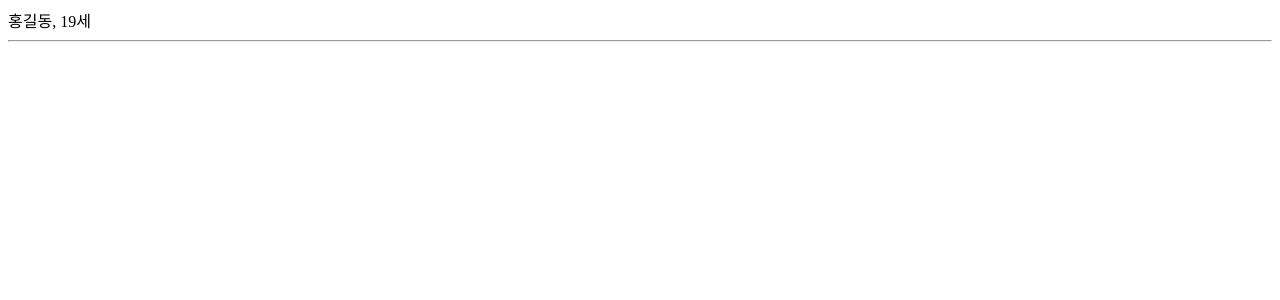
Repository: novemberjj/jsp
Page: http://localhost/jstl_study/step4-choose.jsp
These files come from the project's save history. The page is drawn as it stood at one moment and after the next save; the edit follows.
The browser window is 1280 px wide. The pictures show the whole page.
The page is served by Tomcat 9. Other server files are loaded and not shown.

Above is the page before, as saved 2023-05-10 00:33:52.

### jstl_project/jstl_study/src/main/webapp/step4-choose.jsp
<%@page import="model.PersonVO"%>
<%@ page language="java" contentType="text/html; charset=UTF-8"
    pageEncoding="UTF-8"%>
<%@ taglib prefix="c" uri="http://java.sun.com/jsp/jstl/core"%>
<!DOCTYPE html>
<html>
<head>
<meta charset="UTF-8">
<title>JSTL choose 연습</title>
</head>
<body>
<!-- model 안에 PersonVO class 생성 멤버변수 : name, age 추가
	생성자, getter/setter -->
	<%
		PersonVO p= new PersonVO("홍길동",19);
		request.setAttribute("p", p);
	%>

	<!-- EL 방식으로 name, age를 출력 -->
	${p.name }, ${p.age }세
	<hr>

	<!-- 나이가 20살 이상이면 성인입니다. -->
	<c:if test="${p.age>=20 }">
	${p.name } 성인입니다.
	</c:if>
</body>
</html>

### jstl_project/jstl_study/src/main/java/model/PersonVO.java
package model;

public class PersonVO {
	private String name;
	private int age;

	public PersonVO() {}

	public PersonVO(String name, int age) {
		this.name=name;
		this.age=age;
	}

	public String getName() {
		return name;
	}

	public void setName(String name) {
		this.name = name;
	}

	public int getAge() {
		return age;
	}

	public void setAge(int age) {
		this.age = age;
	}



}

After the next save:
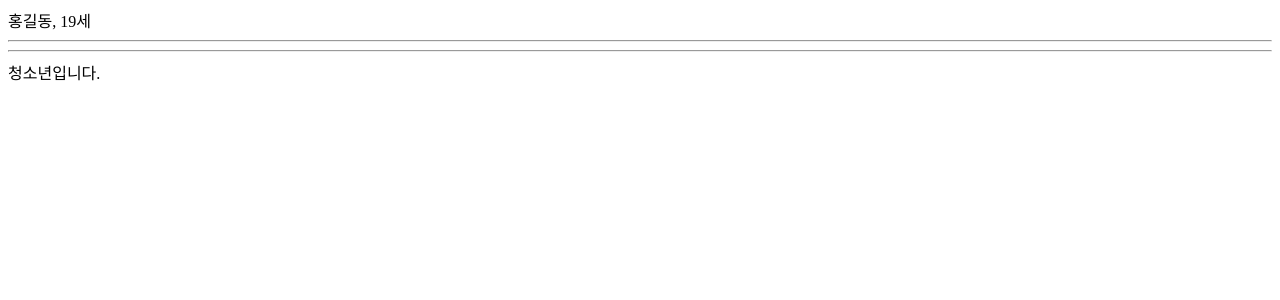
Saved 3 min 35 s later.
--- a/jstl_project/jstl_study/src/main/webapp/step4-choose.jsp
+++ b/jstl_project/jstl_study/src/main/webapp/step4-choose.jsp
@@ -22,7 +22,21 @@
 
 	<!-- 나이가 20살 이상이면 성인입니다. -->
 	<c:if test="${p.age>=20 }">
-	${p.name } 성인입니다.
+	${p.name } 성인입니다. <br>
 	</c:if>
+	<hr>
+
+	<!-- 다중조건을 사용할 경우 choose, while, otherwise -->
+	<c:choose>
+		<c:when test="${p.age>=10 }">
+			청소년입니다. <br>
+		</c:when>
+		<c:when test="${p.age>=20 }">
+			성인입니다. <br>
+		</c:when>
+		<c:otherwise>
+			유아입니다. <br>
+		</c:otherwise>
+	</c:choose>
 </body>
 </html>
